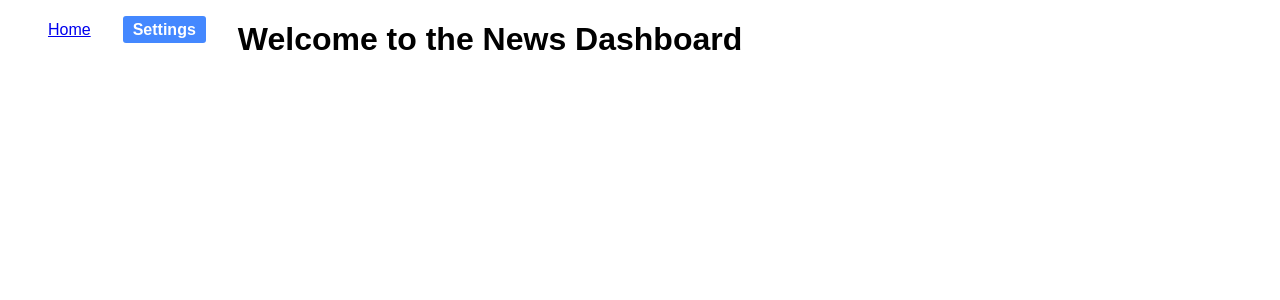
Repository: ErikBaer/News-of-the-World
Page: views/home.html
An editor plug-in stored every save of this project. The page is shown before and after the next save, followed by the edit.
The browser window is 1280 px wide. The pictures show the whole page.

Above is the page before, as saved 2020-01-19 14:03:49.

After the next save:
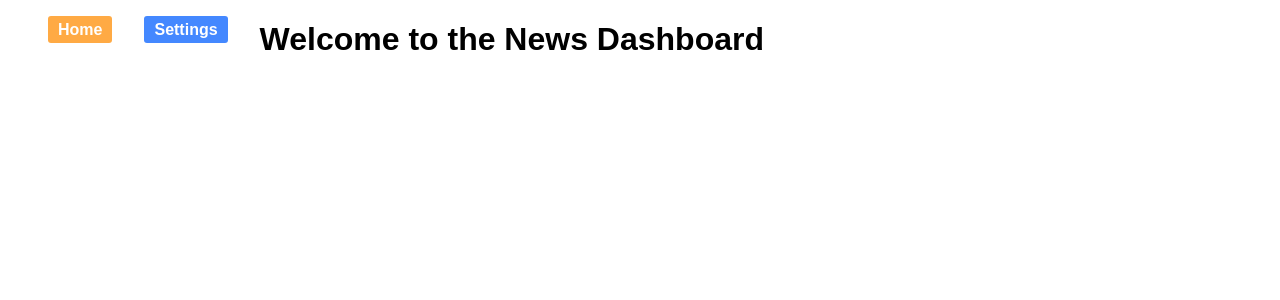
Saved 110 s later.
--- a/views/home.html
+++ b/views/home.html
@@ -7,7 +7,7 @@
     <body>
         <nav>
             <ul class="navigation">
-                <li><a href ="/home" class="nav-link-active">Home</a></li>
+                <li><a href ="/home" class="nav-link active">Home</a></li>
                 <li><a href ="/settings" class= "nav-link"> Settings</a> </li>
             </ul>
         </nav>
